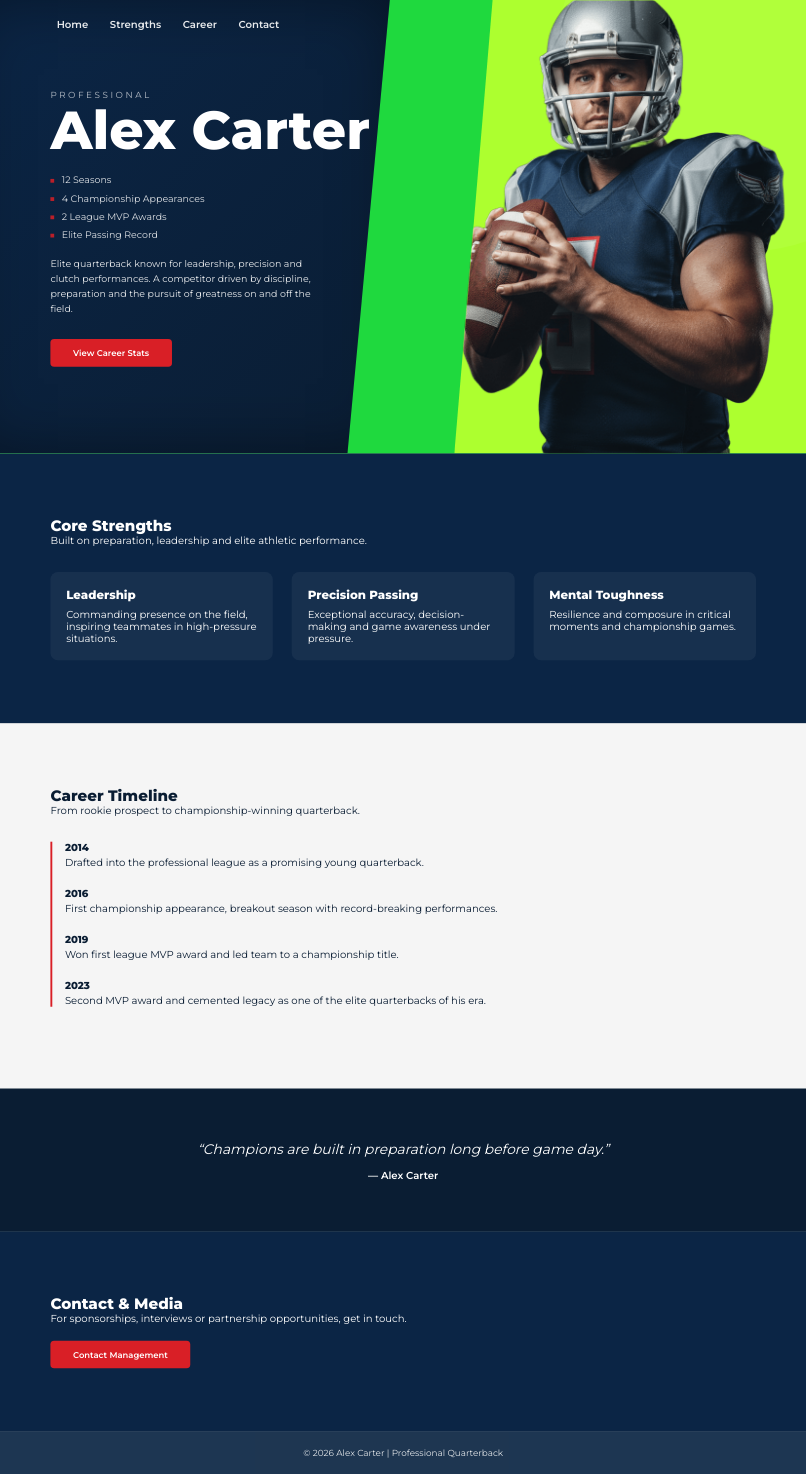
Repository: davidfsillva/Alex-Carter
Page: index.html
These files come from the project's save history. The page is drawn as it stood at one moment and after the next save; the edit follows.
The browser window is 1280 px wide. The pictures show the whole page, at 63% of full size.

Above is the page before, as saved 2026-02-11 09:04:28.

### index.html
<!DOCTYPE html>
<html lang="en">
<head>
  <meta charset="UTF-8" />
  <meta name="viewport" content="width=device-width, initial-scale=1.0"/>
  <title>Alex Carter | Professional Quarterback</title>
  <link rel="stylesheet" href="style.css" />
  <link rel="preconnect" href="https://fonts.googleapis.com">
  <link rel="preconnect" href="https://fonts.gstatic.com" crossorigin>
  <link href="https://fonts.googleapis.com/css2?family=Montserrat:wght@400;600;800&display=swap" rel="stylesheet">
</head>
<body>

<!-- NAVBAR -->
<header class="navbar">
  <nav>
    <a href="#">Home</a>
    <a href="#skills">Strengths</a>
    <a href="#career">Career</a>
    <a href="#contact">Contact</a>
  </nav>
</header>

<!-- HERO -->
<section class="hero">
  <div class="hero-left">
    <span class="tag">PROFESSIONAL</span>
    <h1>Alex Carter</h1>

    <ul class="stats">
      <li>12 Seasons</li>
      <li>4 Championship Appearances</li>
      <li>2 League MVP Awards</li>
      <li>Elite Passing Record</li>
    </ul>

    <p class="description">
      Elite quarterback known for leadership, precision and clutch performances.
      A competitor driven by discipline, preparation and the pursuit of greatness
      on and off the field.
    </p>

    <button class="cta" onclick="window.location.href='Alex_Carter_Stats.pdf'">
      View Career Stats
    </button>

  </div>

  <div class="hero-right">
    <img src="img/spbw.png" alt="Alex Carter Quarterback">
  </div>
</section>

<!-- STRENGTHS SECTION -->
<section id="skills" class="section dark">
  <div class="container">
    <h2>Core Strengths</h2>
    <p>Built on preparation, leadership and elite athletic performance.</p>

    <div class="grid">
      <div class="card">
        <h3>Leadership</h3>
        <p>Commanding presence on the field, inspiring teammates in high-pressure situations.</p>
      </div>

      <div class="card">
        <h3>Precision Passing</h3>
        <p>Exceptional accuracy, decision-making and game awareness under pressure.</p>
      </div>

      <div class="card">
        <h3>Mental Toughness</h3>
        <p>Resilience and composure in critical moments and championship games.</p>
      </div>
    </div>
  </div>
</section>

<!-- CAREER SECTION -->
<section id="career" class="section light">
  <div class="container">
    <h2>Career Timeline</h2>

    <p>From rookie prospect to championship-winning quarterback.</p>

    <div class="timeline">
      <div class="timeline-item">
        <h4>2014</h4>
        <p>Drafted into the professional league as a promising young quarterback.</p>
      </div>

      <div class="timeline-item">
        <h4>2016</h4>
        <p>First championship appearance, breakout season with record-breaking performances.</p>
      </div>

      <div class="timeline-item">
        <h4>2019</h4>
        <p>Won first league MVP award and led team to a championship title.</p>
      </div>

      <div class="timeline-item">
        <h4>2023</h4>
        <p>Second MVP award and cemented legacy as one of the elite quarterbacks of his era.</p>
      </div>
    </div>
  </div>
</section>

<!-- QUOTE SECTION -->
<section class="quote">
  <div class="container">
    <blockquote>
      “Champions are built in preparation long before game day.”
    </blockquote>
    <span>— Alex Carter</span>
  </div>
</section>

<!-- CONTACT SECTION -->
<section id="contact" class="section dark">
  <div class="container">
    <h2>Contact & Media</h2>
    <p>For sponsorships, interviews or partnership opportunities, get in touch.</p>
    <button class="cta" onclick="window.location.href='mailto:alexcarter@agency.com'">
      Contact Management
    </button>
  </div>
</section>

<!-- FOOTER -->
<footer class="footer">
  <p>© 2026 Alex Carter | Professional Quarterback</p>
</footer>

<script src="scripts.js"></script>
</body>
</html>

### style.css
/* =====================
   RESET E FONTES
===================== */
* {
  margin: 0;
  padding: 0;
  box-sizing: border-box;
  font-family: 'Montserrat', sans-serif;
}

body {
  background: #6b7c86;
  color: #fff;
}

/* =====================
   NAVBAR
===================== */
.navbar {
  position: absolute;
  top: 0;
  width: 100%;
  padding: 30px 60px;
  display: flex;
  justify-content: space-between;
  align-items: center;
  z-index: 10;
}

.navbar .logo {
  color: #fff;
  font-weight: 800;
  font-size: 22px;
  letter-spacing: 2px;
}

.navbar nav a {
  color: #fff;
  text-decoration: none;
  margin-left: 30px;
  font-weight: 600;
  opacity: 0.9;
  transition: 0.3s ease;
}

.navbar nav a:hover {
  opacity: 1;
  color: #d91f26;
}

/* =====================
   HERO SECTION
===================== */
.hero {
  background: #1fd93e;
  display: flex;
  height: 100vh;
  overflow: hidden;
}

/* HERO LEFT */
.hero-left {
  width: 80%;
  background: linear-gradient(135deg, #0b2545, #0a1d33);
  padding: 140px 80px;
  color: #fff;
  position: relative;
  box-shadow: inset -50px 0 100px rgba(0,0,0,0.4);

  clip-path: polygon(0 0, 92% 0, 82% 100%, 0% 100%);
}


.hero-left .tag {
  letter-spacing: 4px;
  font-size: 14px;
  opacity: 0.7;
}

.hero-left h1 {
  font-size: 85px;
  font-weight: 800;
  margin: 10px 0 30px;
  line-height: 0.9;
}

.stats {
  list-style: none;
  margin-bottom: 25px;
}

.stats li {
  margin-bottom: 10px;
  font-size: 15px;
  opacity: 0.85;
  position: relative;
  padding-left: 18px;
}

.stats li::before {
  content: "";
  width: 6px;
  height: 6px;
  background: #d91f26;
  position: absolute;
  left: 0;
  top: 8px;
}

.description {
  max-width: 420px;
  font-size: 15px;
  margin-bottom: 35px;
  opacity: 0.9;
  line-height: 1.6;
}

.cta {
  background: #d91f26;
  border: none;
  padding: 14px 36px;
  color: #fff;
  font-weight: 600;
  cursor: pointer;
  transition: all 0.3s ease;
  border-radius: 6px;
}

.cta:hover {
  transform: translateY(-4px);
  box-shadow: 0 10px 25px rgba(217, 31, 38, 0.4);
}

/* Scroll Indicator */
.scroll {
  position: absolute;
  bottom: 40px;
  font-size: 12px;
  letter-spacing: 3px;
  opacity: 0.6;
}

/* HERO RIGHT */
.hero-right {
  width: 80%;
  background: greenyellow;
  display: flex;
  align-items: flex-end;
  justify-content: center;
  position: relative;
  overflow: hidden;

  clip-path: polygon(18% 0%, 100% 0%, 100% 100%, 8% 100%);
}


.hero-right::before {
  content: "";
  position: absolute;
  width: 600px;
  height: 600px;
  background: rgba(255,255,255,0.05);
  border-radius: 50%;
  top: -200px;
  right: -200px;
}

.hero-right img {
  height: 110%;
  width: auto;
  object-fit: contain;
  align-self: flex-end;
  animation: float 5s ease-in-out infinite;
  position: relative;
  z-index: 2;
}

/* Floating animation */
@keyframes float {
  0% { transform: scale(1); }
  50% { transform: scale(1.02); }
  100% { transform: scale(1); }
}

/* =====================
   SECTIONS (GENERIC)
===================== */
.section {
  padding: 100px 80px;
}

.section.dark {
  background: #0b2545;
  color: #fff;
}

.section.light {
  background: #f5f5f5;
  color: #0a1d33;
}

.container {
  max-width: 1200px;
  margin: 0 auto;
}

/* GRID CARDS */
.grid {
  display: grid;
  grid-template-columns: repeat(auto-fit, minmax(250px, 1fr));
  gap: 30px;
  margin-top: 40px;
}

.card {
  background: rgba(255,255,255,0.05);
  padding: 25px;
  border-radius: 12px;
  transition: transform 0.3s ease, box-shadow 0.3s ease;
}

.card:hover {
  transform: translateY(-5px);
  box-shadow: 0 10px 25px rgba(0,0,0,0.2);
}

.card h3 {
  margin-bottom: 10px;
}

/* TIMELINE */
.timeline {
  margin-top: 40px;
  border-left: 3px solid #d91f26;
  padding-left: 20px;
}

.timeline-item {
  margin-bottom: 30px;
}

.timeline-item h4 {
  margin-bottom: 5px;
}

/* QUOTE */
.quote {
  text-align: center;
  padding: 80px 20px;
  background: #0a1d33;
}

.quote blockquote {
  font-size: 22px;
  font-style: italic;
  max-width: 700px;
  margin: 0 auto 15px;
  line-height: 1.5;
}

.quote span {
  display: block;
  font-weight: 600;
  margin-top: 10px;
}

#contact .cta {
  margin-top: 25px; /* aumenta o espaço entre o texto e o botão */
}


/* FOOTER */
.footer {
  text-align: center;
  padding: 25px 0;
  background: #0b2545;
  font-size: 14px;
  opacity: 0.8;
}

/* =====================
   RESPONSIVO MOBILE
===================== */
@media (max-width: 900px) {

  .hero {
    flex-direction: column;
    min-height: auto;
  }

  .hero-left,
  .hero-right {
    width: 100%;
    clip-path: none; /* remove corte diagonal no mobile */
  }

  .hero-left {
    padding: 120px 25px 60px 25px;
    text-align: left;
  }

  .hero-left h1 {
    font-size: 52px;
    line-height: 1.1;
  }

  .stats li {
    font-size: 14px;
  }

  .description {
    max-width: 100%;
    font-size: 14px;
  }

  .cta {
    width: 100%;
    padding: 16px;
  }

  .hero-right {
    justify-content: center;
    align-items: center;
    padding-bottom: 40px;
  }

  .hero-right img {
    width: 85%;
    height: auto;
    max-height: 500px;
    margin: 0 auto;
  }

  .section {
    padding: 70px 25px;
  }

  .grid {
    grid-template-columns: 1fr;
  }

  .timeline {
    padding-left: 15px;
  }

  .quote blockquote {
    font-size: 18px;
  }

  .navbar {
    padding: 20px 25px;
  }

  .navbar nav a {
    margin-left: 15px;
    font-size: 14px;
  }
}

### scripts.js
// =============================
// ANIMAÇÃO DE ENTRADA HERO LEFT
// =============================
window.addEventListener("load", () => {
  const heroLeft = document.querySelector(".hero-left");

  // Estado inicial antes da animação
  heroLeft.style.opacity = 0;
  heroLeft.style.transform = "translateX(-40px)";

  // Adiciona animação após pequeno delay
  setTimeout(() => {
    heroLeft.style.transition = "opacity 0.8s ease, transform 0.8s ease";
    heroLeft.style.opacity = 1;
    heroLeft.style.transform = "translateX(0)";
  }, 300);
});

// =============================
// ANIMAÇÃO OPCIONAL PARA BOTÃO CTA
// =============================
const ctaButton = document.querySelector(".cta");

ctaButton.addEventListener("mouseenter", () => {
  ctaButton.style.transform = "scale(1.05)";
});

ctaButton.addEventListener("mouseleave", () => {
  ctaButton.style.transform = "scale(1)";
});

After the next save:
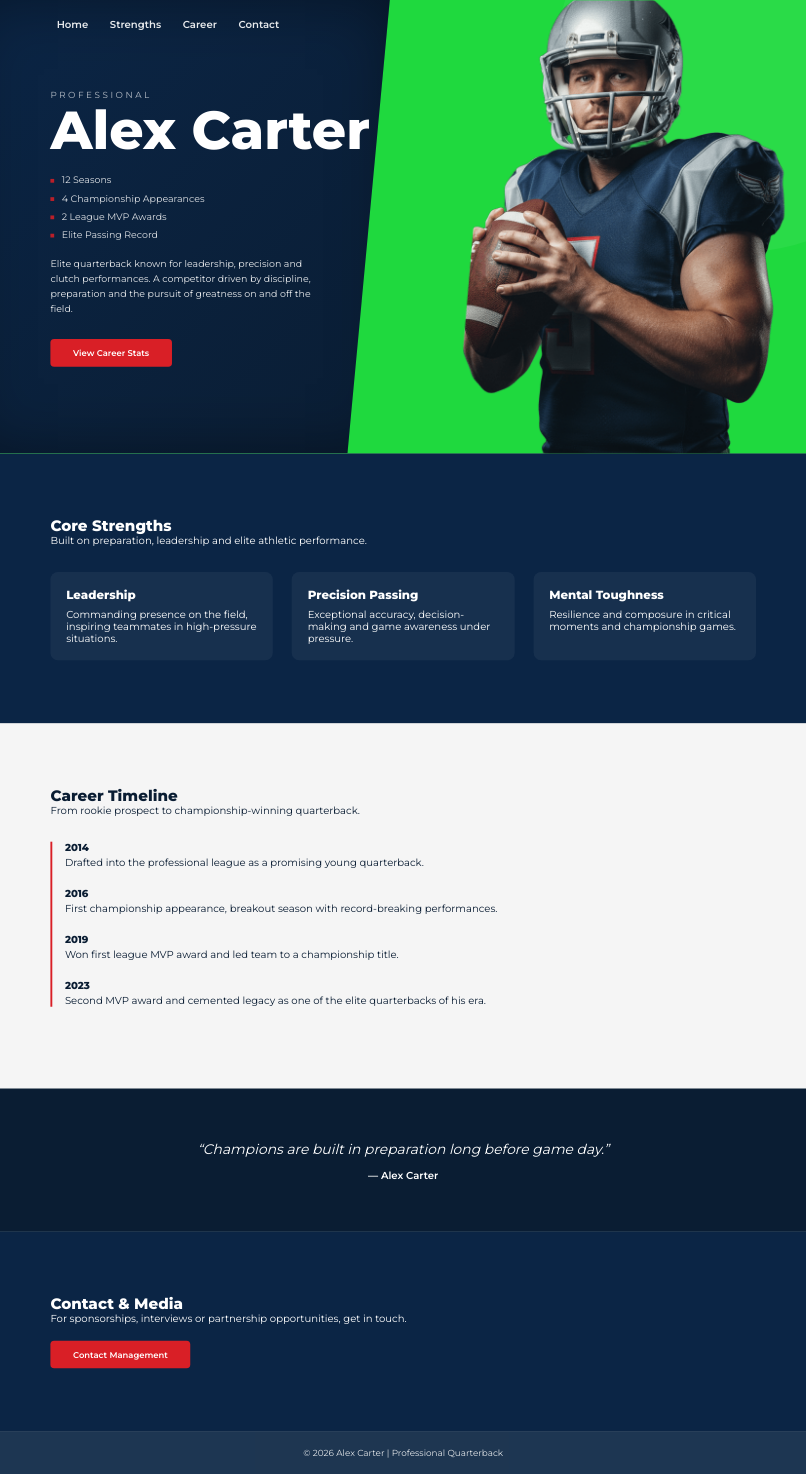
Saved 13 s later.
--- a/style.css
+++ b/style.css
@@ -143,7 +143,7 @@
 /* HERO RIGHT */
 .hero-right {
   width: 80%;
-  background: greenyellow;
+  height: 100vh;
   display: flex;
   align-items: flex-end;
   justify-content: center;
